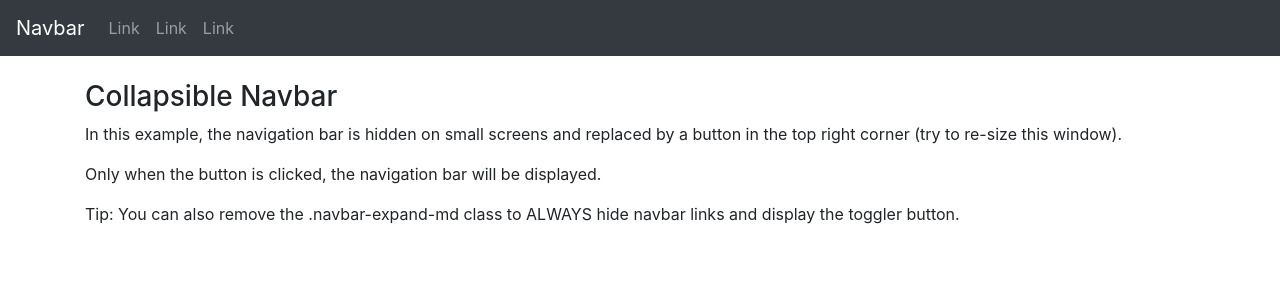
Repository: sna145815/Travel_v1
Page: http://localhost/Travel_v1/
An editor plug-in stored every save of this project. The page is shown before and after the next save, followed by the edit.
The browser window is 1280 px wide. The pictures show the whole page.
The page is served by Tomcat 9. Other server files are loaded and not shown.

Above is the page before, as saved 2022-10-24 14:48:25.

### Travel_v1/src/main/webapp/index.jsp
<%@ page language="java" contentType="text/html; charset=UTF-8"
    pageEncoding="UTF-8"%>
<!DOCTYPE html>
<html lang="en">
<head>
  <title>Bootstrap Example</title>
  <meta charset="utf-8">
  <meta name="viewport" content="width=device-width, initial-scale=1">
  <link rel="stylesheet" href="https://cdn.jsdelivr.net/npm/bootstrap@4.6.1/dist/css/bootstrap.min.css">
  <script src="https://cdn.jsdelivr.net/npm/jquery@3.6.0/dist/jquery.slim.min.js"></script>
  <script src="https://cdn.jsdelivr.net/npm/popper.js@1.16.1/dist/umd/popper.min.js"></script>
  <script src="https://cdn.jsdelivr.net/npm/bootstrap@4.6.1/dist/js/bootstrap.bundle.min.js"></script>
</head>
<body>

<nav class="navbar navbar-expand-md bg-dark navbar-dark">
  <a class="navbar-brand" href="#">Navbar</a>
  <button class="navbar-toggler" type="button" data-toggle="collapse" data-target="#collapsibleNavbar">
    <span class="navbar-toggler-icon"></span>
  </button>
  <div class="collapse navbar-collapse" id="collapsibleNavbar">
    <ul class="navbar-nav">
      <li class="nav-item">
        <a class="nav-link" href="#">Link</a>
      </li>
      <li class="nav-item">
        <a class="nav-link" href="#">Link</a>
      </li>
      <li class="nav-item">
        <a class="nav-link" href="#">Link</a>
      </li>
    </ul>
  </div>
</nav>
<br>

<div class="container">
  <h3>Collapsible Navbar</h3>
  <p>In this example, the navigation bar is hidden on small screens and replaced by a button in the top right corner (try to re-size this window).</p>
  <p>Only when the button is clicked, the navigation bar will be displayed.</p>
  <p>Tip: You can also remove the .navbar-expand-md class to ALWAYS hide navbar links and display the toggler button.</p>
</div>

</body>
</html>

After the next save:
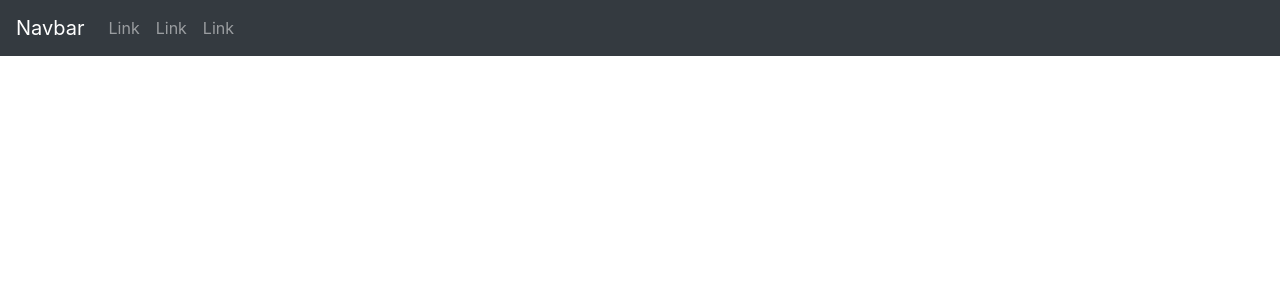
Saved 13 s later.
--- a/Travel_v1/src/main/webapp/index.jsp
+++ b/Travel_v1/src/main/webapp/index.jsp
@@ -34,12 +34,6 @@
 </nav>
 <br>
 
-<div class="container">
-  <h3>Collapsible Navbar</h3>
-  <p>In this example, the navigation bar is hidden on small screens and replaced by a button in the top right corner (try to re-size this window).</p>
-  <p>Only when the button is clicked, the navigation bar will be displayed.</p>
-  <p>Tip: You can also remove the .navbar-expand-md class to ALWAYS hide navbar links and display the toggler button.</p>
-</div>
 
 </body>
 </html>
